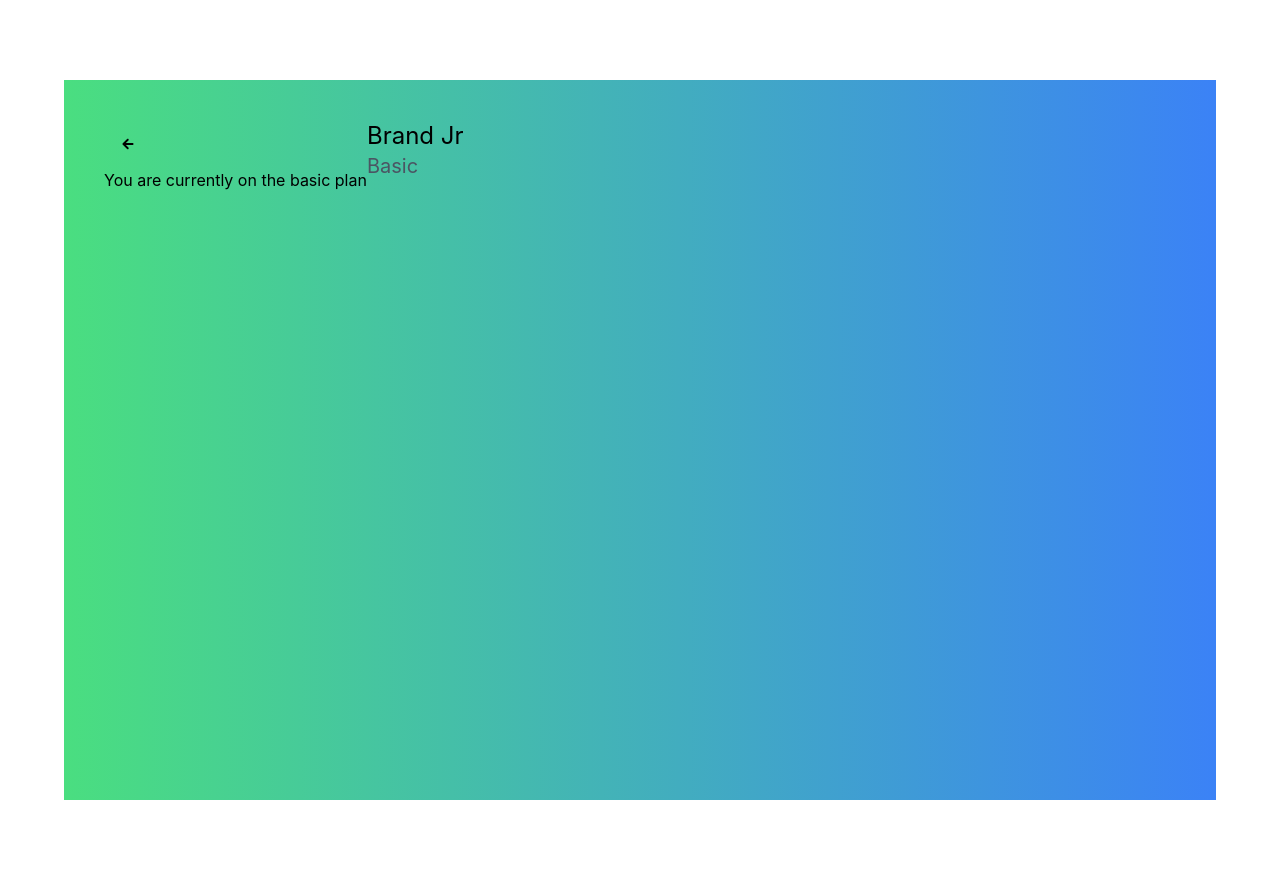
Repository: brandford7/music-player
Page: /subscription
The author's editor kept a copy of each file at every save. The page is drawn from the files as they stood at one save, then again after a run of saves.
The browser window is 1280 px wide. The pictures show the whole page.
The project was rebuilt for these pictures with package versions that can differ from the ones it lists, and the page was loaded fresh each time. The framework's server and built-in components were replaced by stand-ins that run in the browser. Also part of the build but not shown: next.config.js, components/Sidebar.jsx, components/MusicButton.jsx, components/MusicCard.jsx, components/SongList.jsx, components/PlaylistComponent.jsx, components/LibraryComponent.jsx.

Above is the page before, as saved 2022-11-19 11:47:32.

### pages/subscription.js
import React from "react";
import { SubscriptionComponent } from "../components";

const Subscription = () => {
  return (
    <div className="flex mx-auto max-w-6xl my-20 space-x-10 h-screen p-10 bg-gradient-to-r from-green-400 to-blue-500">
      <SubscriptionComponent />
    </div>
  );
};

export default Subscription;

### styles/globals.css
@tailwind base;
@tailwind components;
@tailwind utilities;



html,
body {
  padding: 0;
  margin: 0;
  font-family: -apple-system, BlinkMacSystemFont, Segoe UI, Roboto, Oxygen,
    Ubuntu, Cantarell, Fira Sans, Droid Sans, Helvetica Neue, sans-serif;
}

a {
  color: inherit;
  text-decoration: none;
}

* {
  box-sizing: border-box;
}

@media (prefers-color-scheme: dark) {
  html {
    color-scheme: dark;
  }
  body {
    color: white;
    background: black;
  }
}

### components/index.js
export { default as Sidebar } from './Sidebar';
export { default as UserAvatar } from './UserAvatar';
export { default as MusicCard } from './MusicCard';
export { default as MusicButton } from './MusicButton';
export { default as SongList } from './SongList';
export { default as PlaylistComponent } from './PlaylistComponent';
export { default as LibraryComponent } from './LibraryComponent';
export { default as SubscriptionComponent} from './SubscriptionComponent';

### components/UserAvatar.jsx
import React from "react";

const UserAvatar = ({ image, name, subscription }) => {
  return (
    <div className="flex flex-col ">
      <img src={image} alt="" />
      <h2 className="text-2xl">{name}</h2>
      <p className="text-gray-600 text-xl"> {subscription}</p>
    </div>
  );
};

export default UserAvatar;

### components/SubscriptionComponent.jsx
import React from "react";
import { IoMdArrowRoundBack } from "react-icons/io";
import { useRouter } from "next/router";
import UserAvatar from "./UserAvatar";

const SubscriptionComponent = () => {
  const router = useRouter();

  return (
    <div>
      <section className="flex justify-between">
        <section className="">
          <div className="m-4 cursor-pointer" onClick={() => router.back()}>
            <IoMdArrowRoundBack />
          </div>
          <h1>You are currently on the basic plan</h1>
        </section>
        <section className="flex justify-end mb-10">
          <UserAvatar name="Brand Jr" subscription="Basic" />
        </section>
      </section>
    </div>
  );
};

export default SubscriptionComponent;

Loaded but not shown: pages/_app.js (common file); tailwind.config.js (common file)

After the next 5 saves:
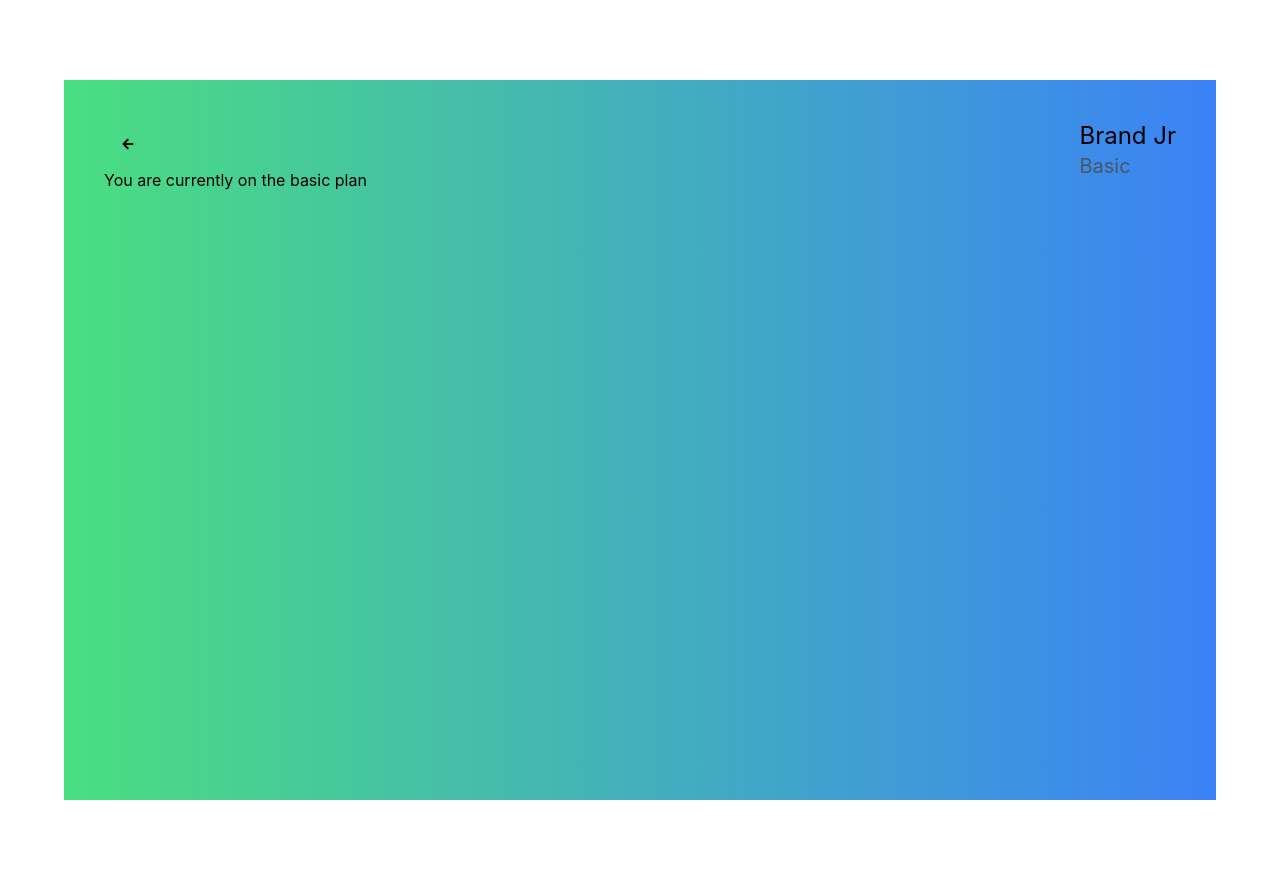
The 5 saves are shown as one change because they came seconds apart.
The last was saved 24 s later.
--- a/components/SubscriptionComponent.jsx
+++ b/components/SubscriptionComponent.jsx
@@ -7,7 +7,7 @@ const SubscriptionComponent = () => {
   const router = useRouter();
 
   return (
-    <div>
+    <div className='w-full'>
       <section className="flex justify-between">
         <section className="">
           <div className="m-4 cursor-pointer" onClick={() => router.back()}>
